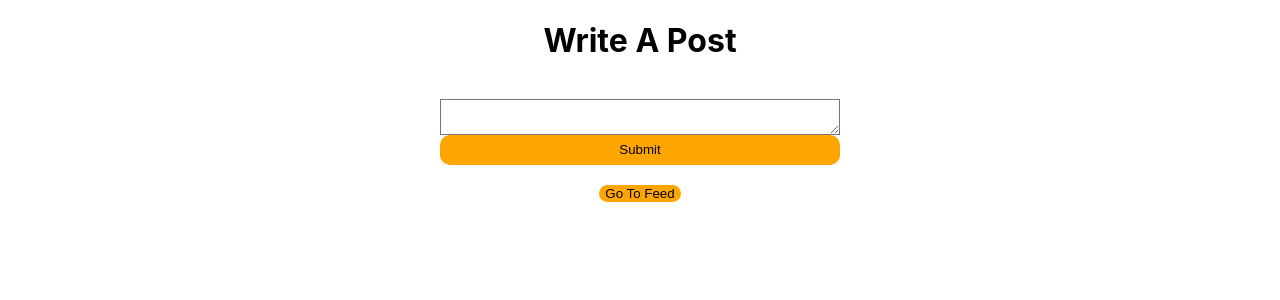
Repository: shaelorch/comp-week4
Page: /addPosts
An editor plug-in stored every save of this project. The page is shown before and after the next save, followed by the edit.
The browser window is 1280 px wide. The pictures show the whole page.
The project was rebuilt for these pictures with package versions that can differ from the ones it lists, and the page was loaded fresh each time. The framework's server and built-in components were replaced by stand-ins that run in the browser. Also part of the build but not shown: next.config.js.

Above is the page before, as saved 2023-01-31 23:11:02.

After the next save:
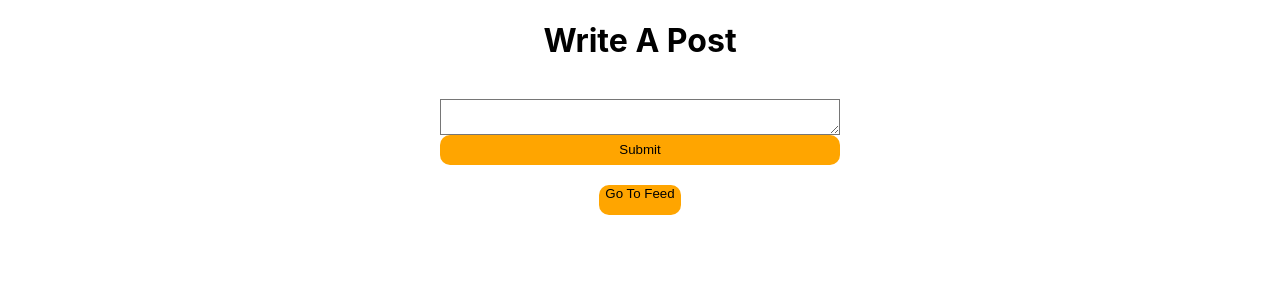
Saved 16 s later.
--- a/pages/addPosts.js
+++ b/pages/addPosts.js
@@ -23,7 +23,7 @@ export default function Home({posts}) {
             <button style={{backgroundColor:'orange', borderRadius:10, border:'transparent', height:30}} type="submit">Submit</button>
         </form>
         <a href='/'>
-            <button style={{display:'flex', marginTop:20, backgroundColor:'orange', border:'transparent', borderRadius:10}}>Go To Feed</button>
+            <button style={{display:'flex', marginTop:20, backgroundColor:'orange', border:'transparent', height:30, borderRadius:10}}>Go To Feed</button>
         </a>
 
 
